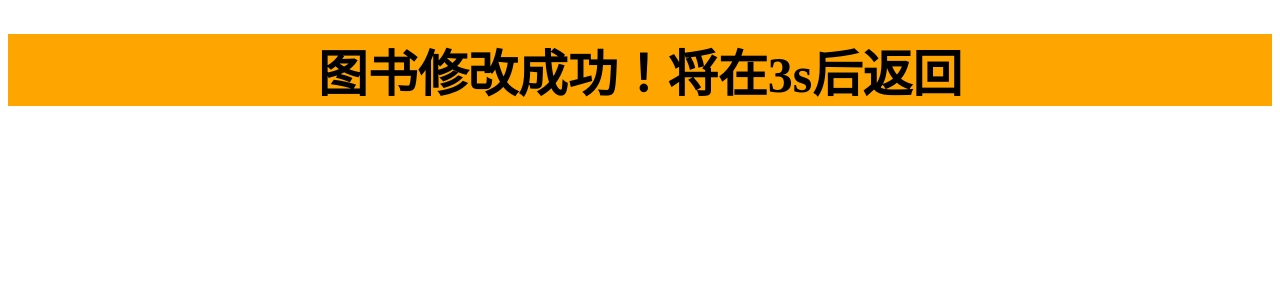
Repository: Rainbow-Chua/learningcode
Page: http://localhost/MyBookManager/modifyBookSuccess.jsp
These files come from the project's save history. The page is drawn as it stood at one moment and after the next save; the edit follows.
The browser window is 1280 px wide. The pictures show the whole page.
The page is served by Tomcat 9. Other server files are loaded and not shown.

Above is the page before, as saved 2017-11-23 13:13:58.

### MyBookManager/WebContent/modifyBookSuccess.jsp
<%@ page language="java" contentType="text/html; charset=utf-8"
	pageEncoding="utf-8"%>
<!DOCTYPE html PUBLIC "-//W3C//DTD HTML 4.01 Transitional//EN" "http://www.w3.org/TR/html4/loose.dtd">
<html>
<head>
<style type="text/css">
.h {
	width: 100%;
	background: orange;
	color: black;
	text-align: center;
	text-shadow: silver;
}
</style>
</head>
<body>
	<div class="h">
		<h1 style="font-size: 50px; font-weight: bold; color: black;">图书修改成功！将在3s后返回</h1>
	</div>
	<%response.setHeader("REFRESH","3;url=BookManager.jsp"); %>
</body>
</html>

After the next save:
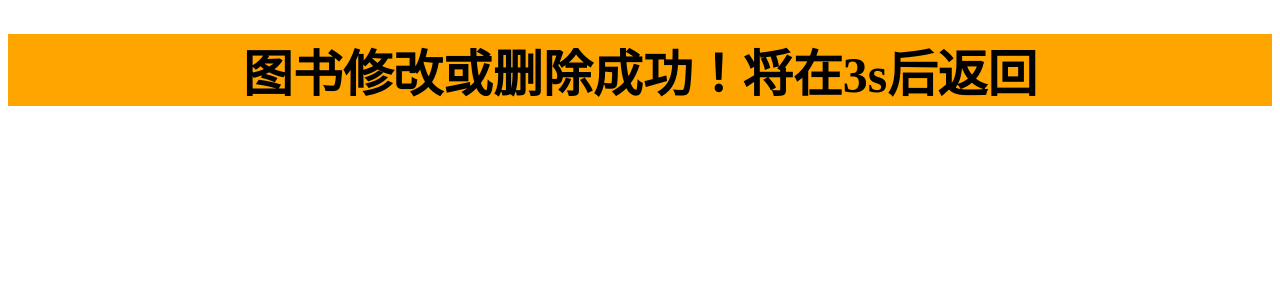
Saved 3 min 3 s later.
--- a/MyBookManager/WebContent/modifyBookSuccess.jsp
+++ b/MyBookManager/WebContent/modifyBookSuccess.jsp
@@ -15,7 +15,7 @@
 </head>
 <body>
 	<div class="h">
-		<h1 style="font-size: 50px; font-weight: bold; color: black;">图书修改成功！将在3s后返回</h1>
+		<h1 style="font-size: 50px; font-weight: bold; color: black;">图书修改或删除成功！将在3s后返回</h1>
 	</div>
 	<%response.setHeader("REFRESH","3;url=BookManager.jsp"); %>
 </body>
